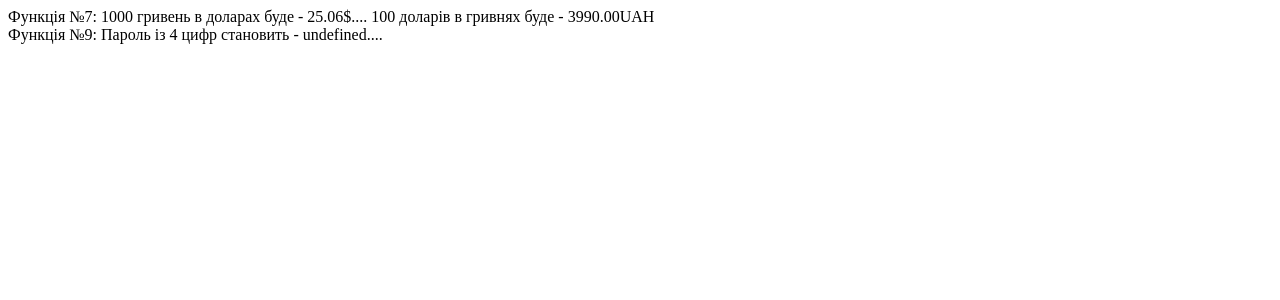
Repository: batonAnton/cursor_js_hw_3
Page: index.html
These files come from the project's save history. The page is drawn as it stood at one moment and after the next save; the edit follows.
The browser window is 1280 px wide. The pictures show the whole page.

Above is the page before, as saved 2022-08-31 10:38:31.

### index.html
<!DOCTYPE html>
<html lang="en">
<head>
    <meta charset="UTF-8">
    <meta http-equiv="X-UA-Compatible" content="IE=edge">
    <meta name="viewport" content="width=device-width, initial-scale=1.0">
    <title>Hw_3  function</title>
</head>
<body>
    <script src="./js/index.js"></script>
</body>
</html>

### js/index.js
// first task
function getMaxDigit(argNew = 123459 ){
    let varNew  = argNew.toString().split('');
    let bigNum = varNew[0];
    for (let i = 0; i < varNew.length; i++) {
        if(varNew[i] > bigNum ) bigNum = varNew [i];

    } return bigNum;
}
console.log(getMaxDigit());


// second task
function exponentDigit(a,b){
    let first = a;
    let second = b;
    let res = 1;
    for(let i = 0; i < b; i++ ){
        res *= a;
    }return res;
}

console.log(exponentDigit(2,2));

// 3 task

function nameChange(name) {
    return  name.charAt(0).toUpperCase() +  name.slice(1).toLowerCase();
  }


console.log(nameChange("toLik"));

// 4 task

// function calcPercentage( percentageSalary = 19.5){
//     let firstNum = prompt("Сума зарплати ");
//     return firstNum - ((percentageSalary * 1000) * 0.100 / 10);


// }
// console.log(calcPercentage());

// 5 task
function randomRange(minValue,maxValue){

    return Math.ceil(Math.random() * (maxValue - minValue)) + minValue;
}

console.log(randomRange(1,5));

// 6 task

function repeatLetter( str )
{

  for( let i = 0 ;i < str.length ;i++)
  {
    let count = 0;
    for( let j = 0 ;j < str.length ;j++)
    {
      if( str[i] == str[j] && i > j  )
      {
       break;
      }
      if( str[i] == str[j]  )
      {
        count++;
      }
    }
    if( count > 0)
    console.log(`${str[i].toUpperCase()} повторюється  ${count} рази`);
  }

}


let test_str = "укулеле";
console.log("У слові " + " " + test_str + " " + "слова повторюються :");
repeatLetter( test_str);

// 7 task

function convertCurrency (typeValue){
    let dollars = 39.9;
    let res;
        if (typeValue.includes("UAH")) {
            res =   (+typeValue.slice(0, typeValue.indexOf("UAH")) / dollars).toFixed(2) + "$";

          } else if (typeValue.includes("$")) {
            res = (+typeValue.slice(0, typeValue.indexOf("$")) * dollars).toFixed(2) + "UAH";
          } else {
            alert("тільки долари і гривні");
          } return res;


}


let typeValue="1000 UAH";

document.writeln(`Функція №7: 1000 гривень в доларах буде - ${convertCurrency(typeValue)}....`);
typeValue = "100$";
document.writeln(`100 доларів в гривнях  буде - ${convertCurrency(typeValue)} `);

// 9 task
 function getRandomPassword(arg){
  let result;
    // if(arg == 4){
      // for(let i = 0; i < 4; i++){
      //   result += i;
      //   debugger;
      //   return result;
      // }

      // }else
      // {
      //   for(let i = 0; i<8; i++){
      //     result+= Math.random(i);
      //   return result;

      //   }
    }
//  }
 let arg = 4;
 console.log(getRandomPassword());
 document.writeln(`<br> Функція №9: Пароль із  4 цифр становить - ${getRandomPassword(arg)}....`);
 let result;
 for(let i = 0; i < 4; i++){
  result += i;
  debugger;
}
console.log(result);

After the next save:
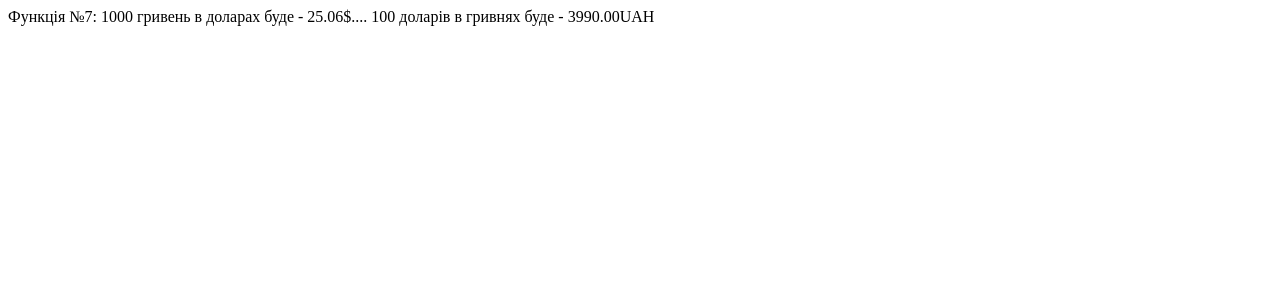
Saved 7 min 12 s later.
--- a/js/index.js
+++ b/js/index.js
@@ -104,30 +104,30 @@ typeValue = "100$";
 document.writeln(`100 доларів в гривнях  буде - ${convertCurrency(typeValue)} `);
 
 // 9 task
- function getRandomPassword(arg){
-  let result;
-    // if(arg == 4){
-      // for(let i = 0; i < 4; i++){
-      //   result += i;
-      //   debugger;
-      //   return result;
-      // }
+//  function getRandomPassword(arg){
+//   let result;
+//     // if(arg == 4){
+//       // for(let i = 0; i < 4; i++){
+//       //   result += i;
+//       //   debugger;
+//       //   return result;
+//       // }
 
-      // }else
-      // {
-      //   for(let i = 0; i<8; i++){
-      //     result+= Math.random(i);
-      //   return result;
+//       // }else
+//       // {
+//       //   for(let i = 0; i<8; i++){
+//       //     result+= Math.random(i);
+//       //   return result;
 
-      //   }
-    }
-//  }
- let arg = 4;
- console.log(getRandomPassword());
- document.writeln(`<br> Функція №9: Пароль із  4 цифр становить - ${getRandomPassword(arg)}....`);
- let result;
- for(let i = 0; i < 4; i++){
-  result += i;
+//       //   }
+//     }
+// //  }
+//  let arg = 4;
+//  console.log(getRandomPassword());
+//  document.writeln(`<br> Функція №9: Пароль із  4 цифр становить - ${getRandomPassword(arg)}....`);
+ let result5;
+ for(let i = 1; i < 4; i++){
+  result5 += i;
   debugger;
 }
-console.log(result);
+console.log(result5);
